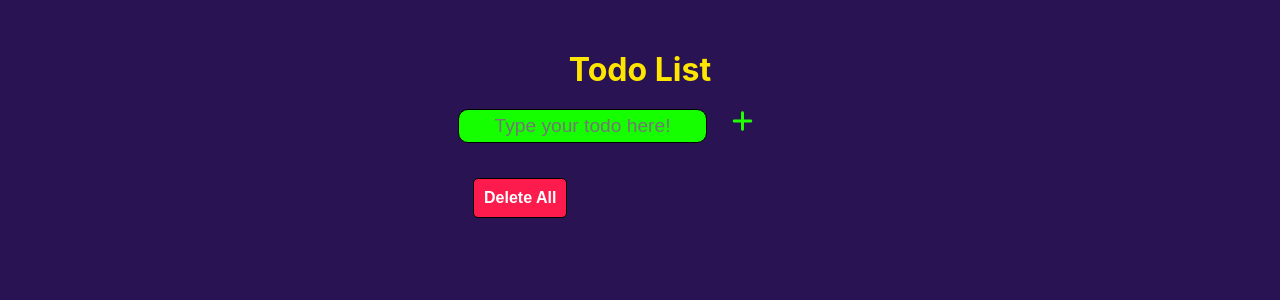
Repository: badhon252/todo-app
Page: /
An editor plug-in stored every save of this project. The page is shown before and after the next save, followed by the edit.
The browser window is 1280 px wide. The pictures show the whole page.
The project was rebuilt for these pictures with package versions that can differ from the ones it lists, and the page was loaded fresh each time.

Above is the page before, as saved 2022-01-26 22:53:32.

After the next save:
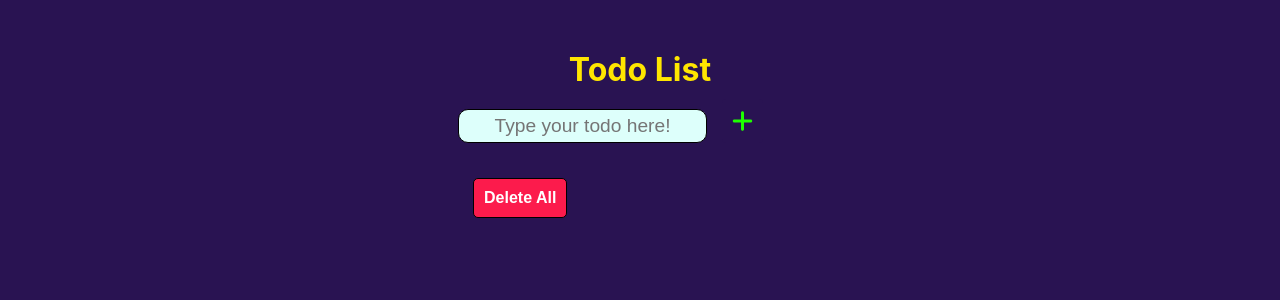
Saved 23 s later.
--- a/src/Styles/style.css
+++ b/src/Styles/style.css
@@ -19,7 +19,7 @@ h1 {
   padding: 5px 0;
   font-size: 1.2rem;
   border: 1px solid rgb(0, 0, 0);
-  background-color: #15ff00;
+  background-color: #ddfffb;
   border-radius: 10px;
   text-align: center;
 }
